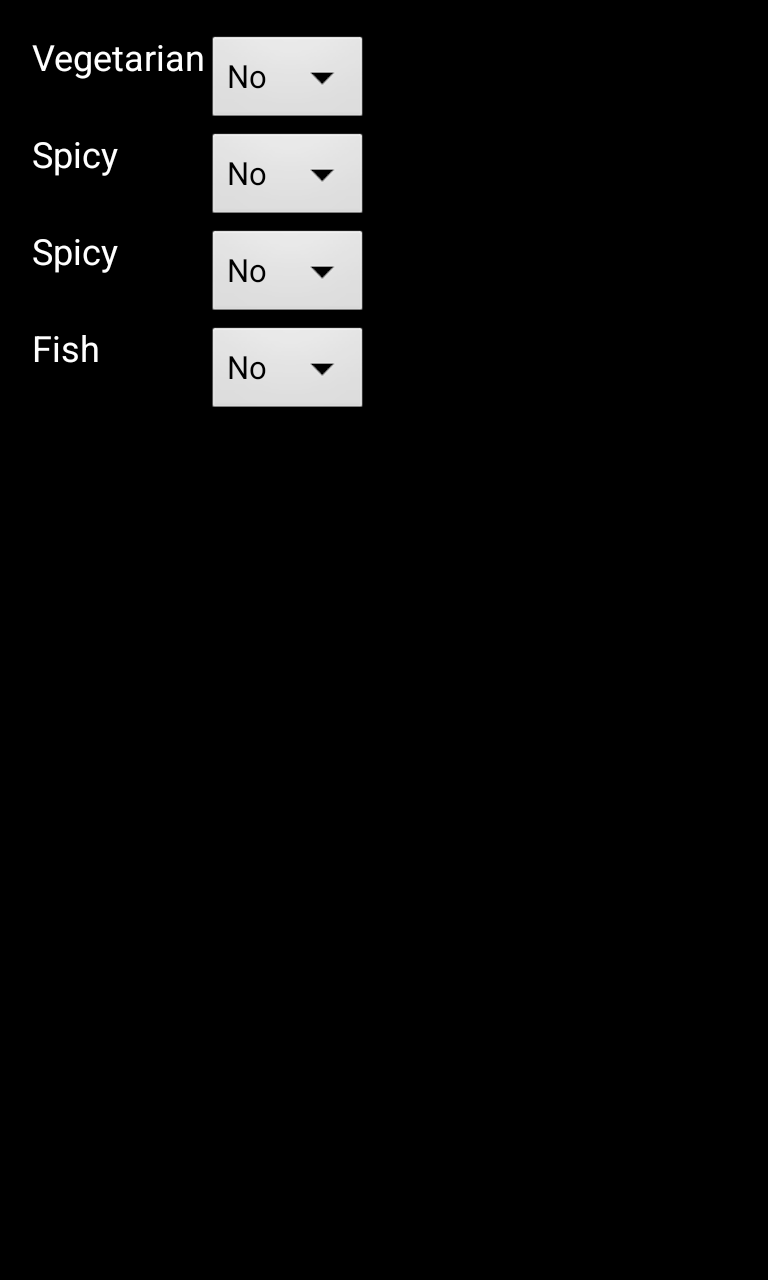
Repository: imhossu/FeedJulia
Layout: FeedJulia/res/layout/activity_survey.xml
The author's editor kept a copy of each file at every save. The layout is drawn from the files as they stood at one save, then again after the next save.
It is drawn on a 768 x 1280 px phone screen (xhdpi) without system bars, with theme android:Theme.NoTitleBar; the app's code is not run.

Above is the layout before, as saved 2014-01-26 02:30:07.

### FeedJulia/res/layout/activity_survey.xml
<LinearLayout xmlns:tools="http://schemas.android.com/tools"
    xmlns:android="http://schemas.android.com/apk/res/android"
    android:layout_width="match_parent"
    android:layout_height="match_parent"
    android:columnCount="1"
    android:paddingBottom="@dimen/activity_vertical_margin"
    android:paddingLeft="@dimen/activity_horizontal_margin"
    android:paddingRight="@dimen/activity_horizontal_margin"
    android:paddingTop="@dimen/activity_vertical_margin"
    tools:context=".Survey" >

    <TableLayout
        android:layout_width="match_parent"
        android:layout_height="match_parent"
        android:layout_column="0"
        android:layout_gravity="left|top"
        android:layout_row="0" >

        <TableRow
            android:id="@+id/tableVeg"
            android:layout_width="wrap_content"
            android:layout_height="fill_parent" >

            <TextView
                android:id="@+id/textVeg"
                android:layout_width="wrap_content"
                android:layout_height="fill_parent"
                android:text="Vegetarian"
                android:textAppearance="?android:attr/textAppearanceMedium" />

            <Spinner
                android:id="@+id/vegChoices"
                android:layout_width="match_parent"
                android:layout_height="match_parent"
                android:entries="@array/options" />
        </TableRow>


       <TableRow
            android:id="@+id/tableSpicy"
            android:layout_width="wrap_content"
            android:layout_height="fill_parent" >

            <TextView
                android:id="@+id/TextSpicy"
                android:layout_width="wrap_content"
                android:layout_height="fill_parent"
                android:text="Spicy"
                android:textAppearance="?android:attr/textAppearanceMedium" />

            <Spinner
                android:id="@+id/SpicyChoices"
                android:layout_width="match_parent"
                android:layout_height="match_parent"
                android:entries="@array/options" />
        </TableRow>


        <TableRow
            android:id="@+id/tableLight"
            android:layout_width="wrap_content"
            android:layout_height="fill_parent" >

            <TextView
                android:id="@+id/TextLight"
                android:layout_width="wrap_content"
                android:layout_height="fill_parent"
                android:text="Spicy"
                android:textAppearance="?android:attr/textAppearanceMedium" />

            <Spinner
                android:id="@+id/LightChoices"
                android:layout_width="match_parent"
                android:layout_height="match_parent"
                android:entries="@array/options" />
        </TableRow>

          <TableRow
            android:id="@+id/tableFish"
            android:layout_width="wrap_content"
            android:layout_height="fill_parent" >

            <TextView
                android:id="@+id/TextFish"
                android:layout_width="wrap_content"
                android:layout_height="fill_parent"
                android:text="Fish"
                android:textAppearance="?android:attr/textAppearanceMedium" />

            <Spinner
                android:id="@+id/FishChoices"
                android:layout_width="match_parent"
                android:layout_height="match_parent"
                android:entries="@array/options" />
        </TableRow>



    </TableLayout>

</LinearLayout>

### FeedJulia/res/values/strings.xml
<?xml version="1.0" encoding="utf-8"?>
<resources>

    <string name="app_name">FeedJulia</string>
    <string name="action_settings">Settings</string>
    <string name="hello_world">Hello world!</string>
    <string name="title_activity_survey">Survey</string>

    <string-array name="options">
        <item>No</item>
        <item>Neutral</item>
        <item>Yes</item>
    </string-array>

</resources>

Loaded but not shown: FeedJulia/res/values/dimens.xml (common file)

After the next save:
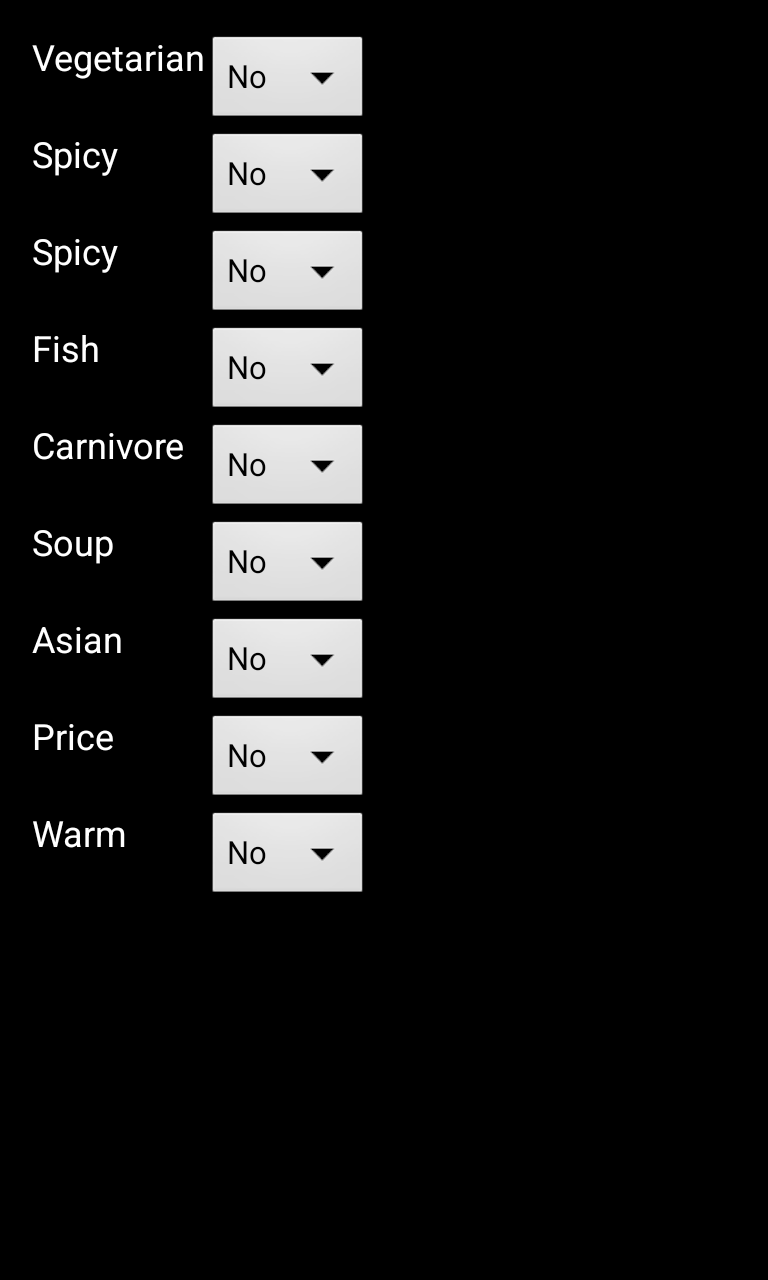
Saved 2 min 14 s later.
--- a/FeedJulia/res/layout/activity_survey.xml
+++ b/FeedJulia/res/layout/activity_survey.xml
@@ -94,6 +94,101 @@
                 android:entries="@array/options" />
         </TableRow>
 
+            <TableRow
+            android:id="@+id/tableMeat"
+            android:layout_width="wrap_content"
+            android:layout_height="fill_parent" >
+
+            <TextView
+                android:id="@+id/TextMeat"
+                android:layout_width="wrap_content"
+                android:layout_height="fill_parent"
+                android:text="Carnivore"
+                android:textAppearance="?android:attr/textAppearanceMedium" />
+
+            <Spinner
+                android:id="@+id/MeatChoices"
+                android:layout_width="match_parent"
+                android:layout_height="match_parent"
+                android:entries="@array/options" />
+        </TableRow>
+
+              <TableRow
+            android:id="@+id/tableSoup"
+            android:layout_width="wrap_content"
+            android:layout_height="fill_parent" >
+
+            <TextView
+                android:id="@+id/TextSoup"
+                android:layout_width="wrap_content"
+                android:layout_height="fill_parent"
+                android:text="Soup"
+                android:textAppearance="?android:attr/textAppearanceMedium" />
+
+            <Spinner
+                android:id="@+id/SoupChoices"
+                android:layout_width="match_parent"
+                android:layout_height="match_parent"
+                android:entries="@array/options" />
+        </TableRow>
+
+                <TableRow
+            android:id="@+id/tableAsian"
+            android:layout_width="wrap_content"
+            android:layout_height="fill_parent" >
+
+            <TextView
+                android:id="@+id/TextAsian"
+                android:layout_width="wrap_content"
+                android:layout_height="fill_parent"
+                android:text="Asian"
+                android:textAppearance="?android:attr/textAppearanceMedium" />
+
+            <Spinner
+                android:id="@+id/AsianChoices"
+                android:layout_width="match_parent"
+                android:layout_height="match_parent"
+                android:entries="@array/options" />
+        </TableRow>
+
+                  <TableRow
+            android:id="@+id/tablePrice"
+            android:layout_width="wrap_content"
+            android:layout_height="fill_parent" >
+
+            <TextView
+                android:id="@+id/TextPrice"
+                android:layout_width="wrap_content"
+                android:layout_height="fill_parent"
+                android:text="Price"
+                android:textAppearance="?android:attr/textAppearanceMedium" />
+
+            <Spinner
+                android:id="@+id/PriceChoices"
+                android:layout_width="match_parent"
+                android:layout_height="match_parent"
+                android:entries="@array/options" />
+        </TableRow>
+
+                    <TableRow
+            android:id="@+id/tableWarm"
+            android:layout_width="wrap_content"
+            android:layout_height="fill_parent" >
+
+            <TextView
+                android:id="@+id/TextWarm"
+                android:layout_width="wrap_content"
+                android:layout_height="fill_parent"
+                android:text="Warm"
+                android:textAppearance="?android:attr/textAppearanceMedium" />
+
+            <Spinner
+                android:id="@+id/WarmChoices"
+                android:layout_width="match_parent"
+                android:layout_height="match_parent"
+                android:entries="@array/options" />
+        </TableRow>
+
 
 
     </TableLayout>
